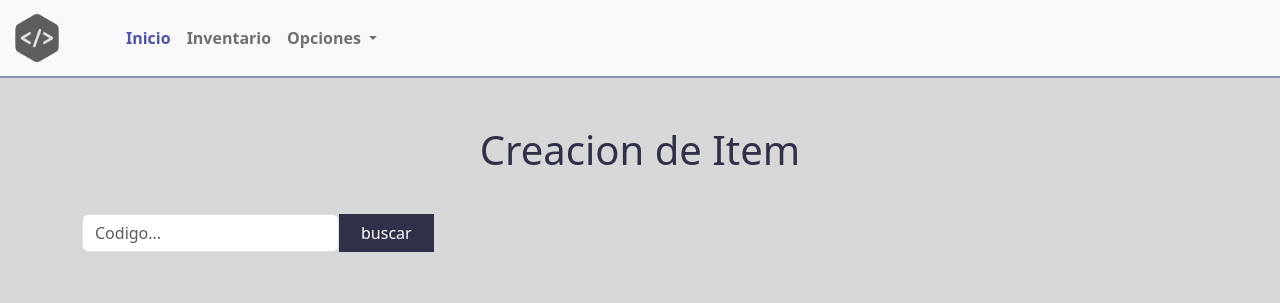
Repository: ingandresmolero/AdministrativoBarber
Page: http://localhost/views/operacion/add_stock.php
The author's editor kept a copy of each file at every save. The page is drawn from the files as they stood at one save, then again after the next save.
The browser window is 1280 px wide. The pictures show the whole page.
The page is run by PHP 8.4 with error messages shown; the project is at /var/www/html/. The session is filled in as if someone had signed in: {"username": 1, "rol": "master"}. Style sheets and scripts are compiled from the project's sources, by tool versions that may differ from the author's.

Above is the page before, as saved 2023-05-14 19:00:43.

After the next save:
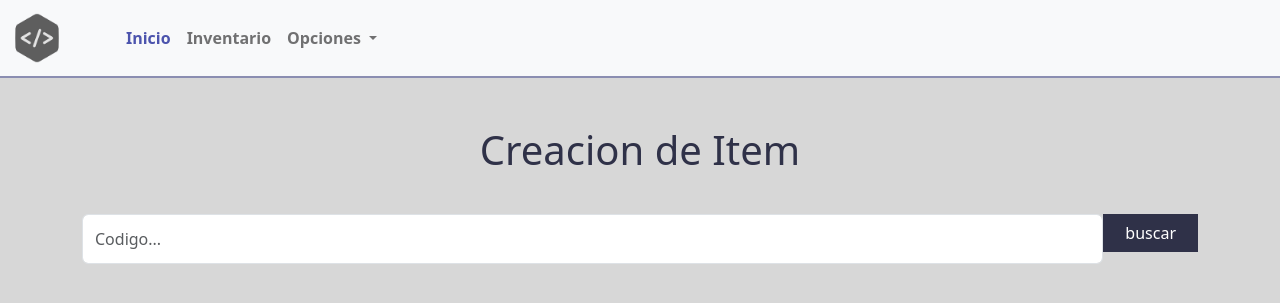
Saved 31 s later.
--- a/NEW/views/operacion/add_stock.php
+++ b/NEW/views/operacion/add_stock.php
@@ -26,13 +26,8 @@
             <h1 class="page-heading">Creacion de Item</h1>
             <form action="" method="post" class="form-style-1">
                 <div class="flex-element">
-
-                    <div class="flex-item">
-                        <input type="tex" class="form-control" name="codigo" id="" placeholder="Codigo...">
-                    </div>
-                    <div class="flex-item">
-                        <input type="submit" class="btn-style-1" id="buscar" value="buscar" name="buscar">
-                    </div>
+                    <input type="tex" class="form-control" name="codigo" id="" placeholder="Codigo...">
+                    <input type="submit" class="btn-style-1" id="buscar" value="buscar" name="buscar">
                 </div>
 
             </form>

After the save that followed:
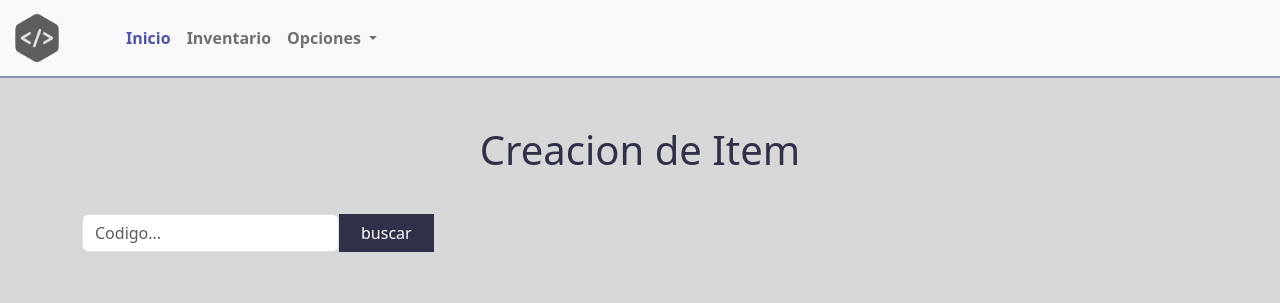
Saved 14 s later.
--- a/NEW/views/operacion/add_stock.php
+++ b/NEW/views/operacion/add_stock.php
@@ -26,8 +26,13 @@
             <h1 class="page-heading">Creacion de Item</h1>
             <form action="" method="post" class="form-style-1">
                 <div class="flex-element">
-                    <input type="tex" class="form-control" name="codigo" id="" placeholder="Codigo...">
-                    <input type="submit" class="btn-style-1" id="buscar" value="buscar" name="buscar">
+
+                    <div class="flex-item">
+                        <input type="tex" class="form-control" name="codigo" id="" placeholder="Codigo...">
+                    </div>
+                    <div class="flex-item">
+                        <input type="submit" class="btn-style-1" id="buscar" value="buscar" name="buscar">
+                    </div>
                 </div>
 
             </form>
